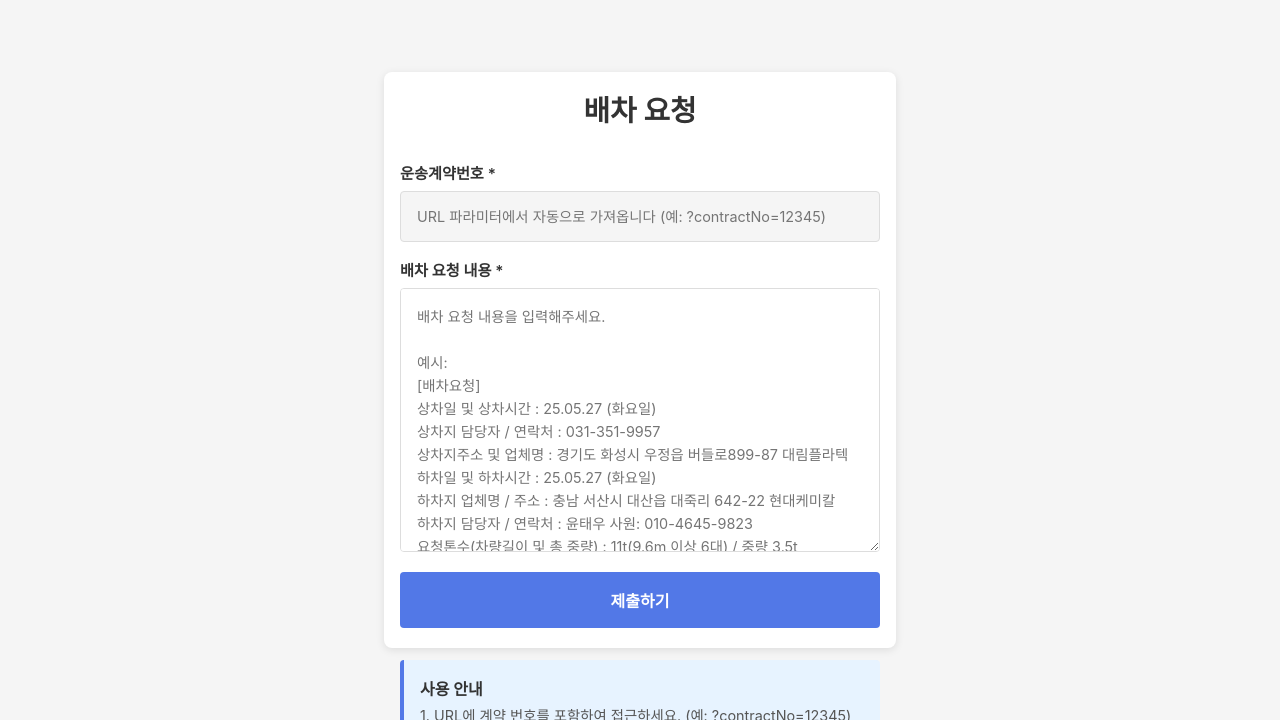
Repository: deul428/logis_transport
Page: / (app in frontend/)
These files come from the project's save history. The page is drawn as it stood at one moment and after the next save; the edit follows.
The browser window is 1280 px wide. The pictures show the whole page.
The project was rebuilt for these pictures with package versions that can differ from the ones it lists, and the page was loaded fresh each time. Also part of the build but not shown: frontend/src/App.scss.

Above is the page before, as saved 2025-11-13 13:53:47.

After the next save:
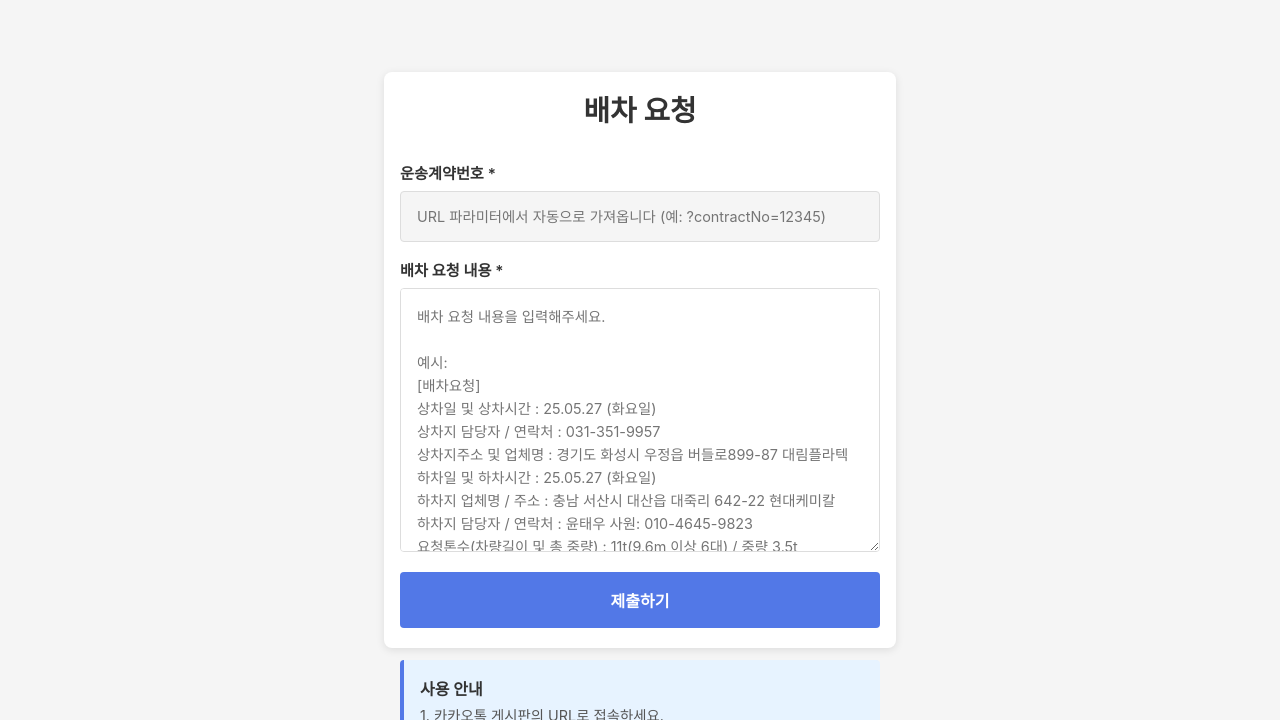
Saved 21 s later.
--- a/frontend/src/App.js
+++ b/frontend/src/App.js
@@ -158,8 +158,7 @@ function App() {
             <div className="info_box">
               <h3>사용 안내</h3>
               <p>
-                1. URL에 계약 번호를 포함하여 접근하세요. (예:
-                ?contractNo=12345)
+                1. 카카오톡 게시판의 URL로 접속하세요.
                 <br />
                 2. 배차 요청 내용을 입력한 후 제출 버튼을 클릭하세요.
                 <br />
